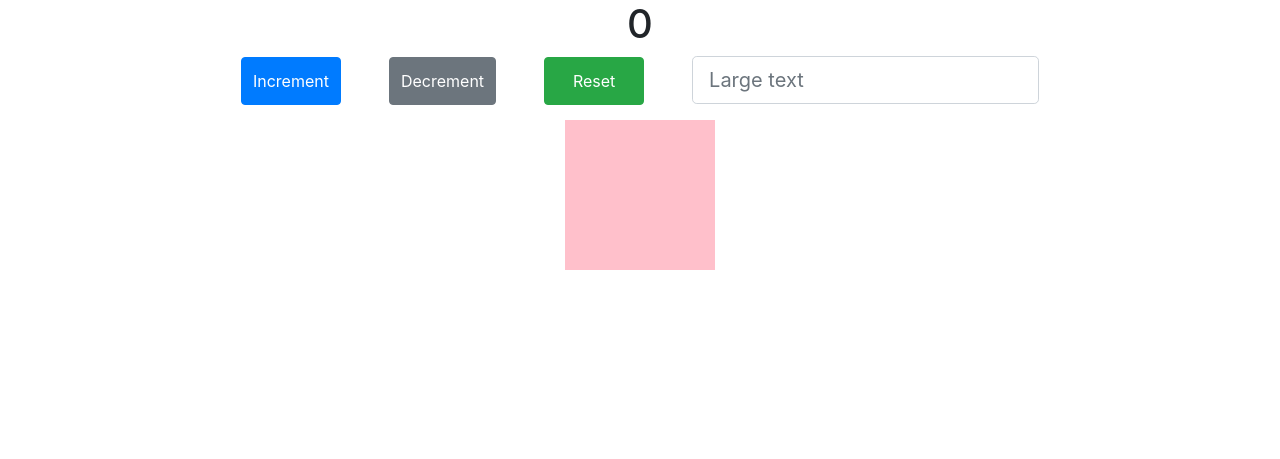
Repository: tts2610/redux-counter
Page: /
These files come from the project's save history. The page is drawn as it stood at one moment and after the next save; the edit follows.
The browser window is 1280 px wide. The pictures show the whole page.
The project was rebuilt for these pictures with package versions that can differ from the ones it lists, and the page was loaded fresh each time.

Above is the page before, as saved 2020-06-09 15:10:22.

After the next save:
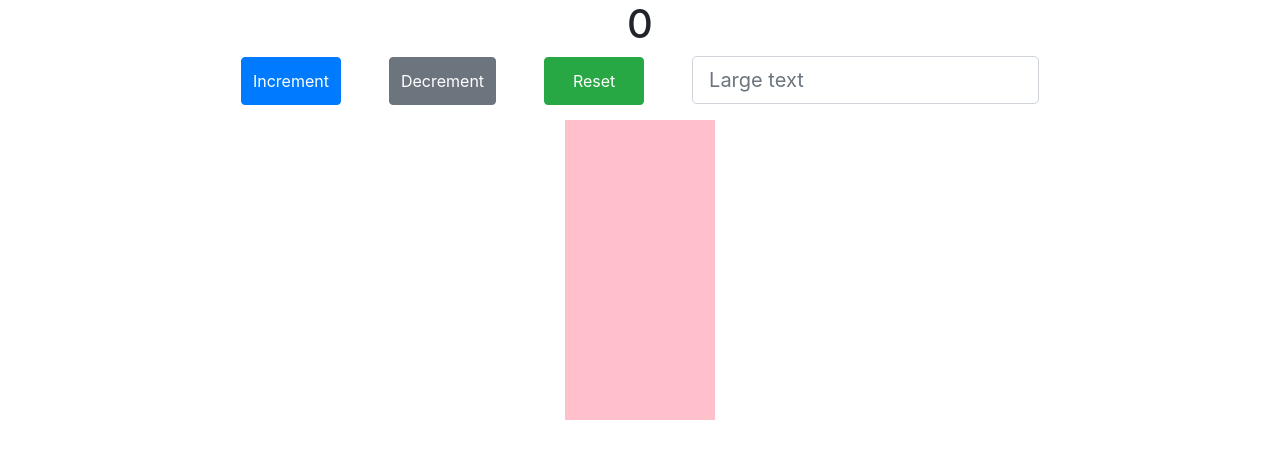
Saved 2 min 50 s later.
--- a/src/App.js
+++ b/src/App.js
@@ -9,6 +9,7 @@ function App() {
   const count = useSelector((state) => state.count);
   const color = useSelector((state) => state.color);
   const dispatch = useDispatch();
+
   return (
     <div className="App">
       <h1>{count}</h1>
@@ -63,6 +64,14 @@ function App() {
           margin: "0 auto",
         }}
       ></div>
+      <div
+        style={{
+          width: "150px",
+          height: "150px",
+          backgroundColor: `${color}`,
+          margin: "0 auto",
+        }}
+      ></div>
     </div>
   );
 }
